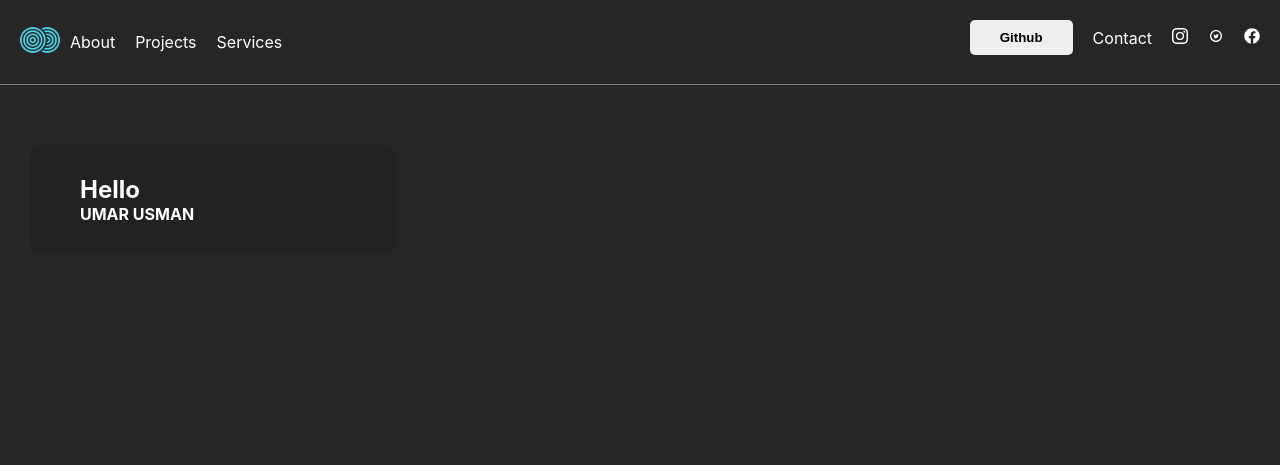
Repository: uh-sman/Portfolio
Page: /
The author's editor kept a copy of each file at every save. The page is drawn from the files as they stood at one save, then again after the next save.
The browser window is 1280 px wide. The pictures show the whole page.
The project was rebuilt for these pictures with package versions that can differ from the ones it lists, and the page was loaded fresh each time. Also part of the build but not shown: src/components/Projects.jsx, src/components/Services.jsx.

Above is the page before, as saved 2022-11-18 20:59:08.

After the next save:
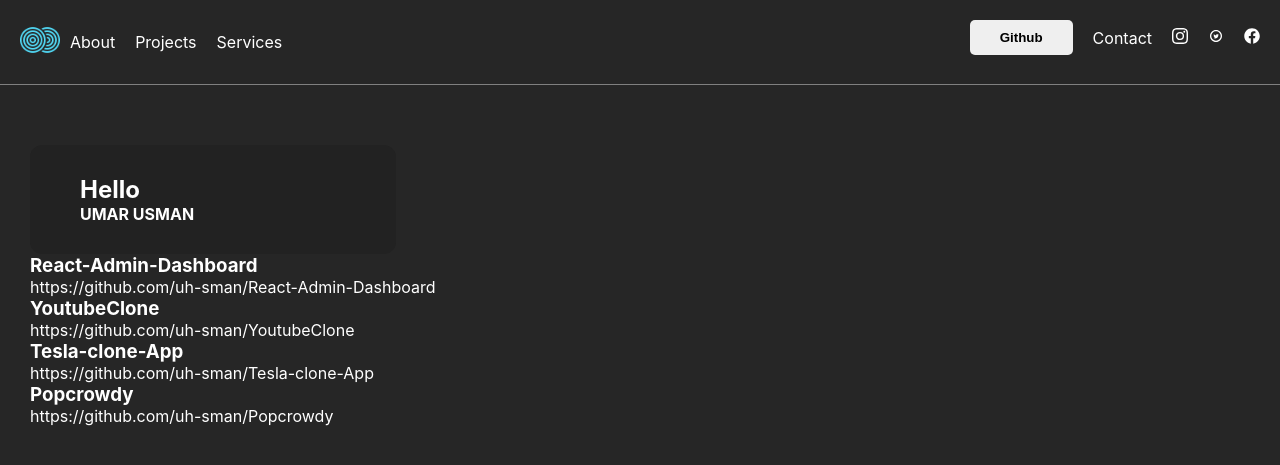
Saved 3 min 33 s later.
--- a/src/components/RepositoriesCard.jsx
+++ b/src/components/RepositoriesCard.jsx
@@ -3,7 +3,16 @@ import { repositories } from "./repositories";
 const RepositoriesCard = () => {
   return (
     <div>
-      <div></div>
+      <div>
+        {repositories.map(({ id, title, link }) => {
+          return (
+            <div key={id}>
+              <h3>{title}</h3>
+              <a>{link}</a>
+            </div>
+          );
+        })}
+      </div>
     </div>
   );
 };
--- a/src/components/repositories.js
+++ b/src/components/repositories.js
@@ -1,21 +1,21 @@
 export const repositories = [
   {
-    id: "",
+    id: 1,
     link: "https://github.com/uh-sman/React-Admin-Dashboard",
     title: "React-Admin-Dashboard",
   },
   {
-    id: "",
+    id: 2,
     link: "https://github.com/uh-sman/YoutubeClone",
     title: "YoutubeClone",
   },
   {
-    id: "",
+    id: 3,
     link: "https://github.com/uh-sman/Tesla-clone-App",
     title: "Tesla-clone-App",
   },
   {
-    id: "",
+    id: 4,
     link: "https://github.com/uh-sman/Popcrowdy",
     title: "Popcrowdy",
   },
